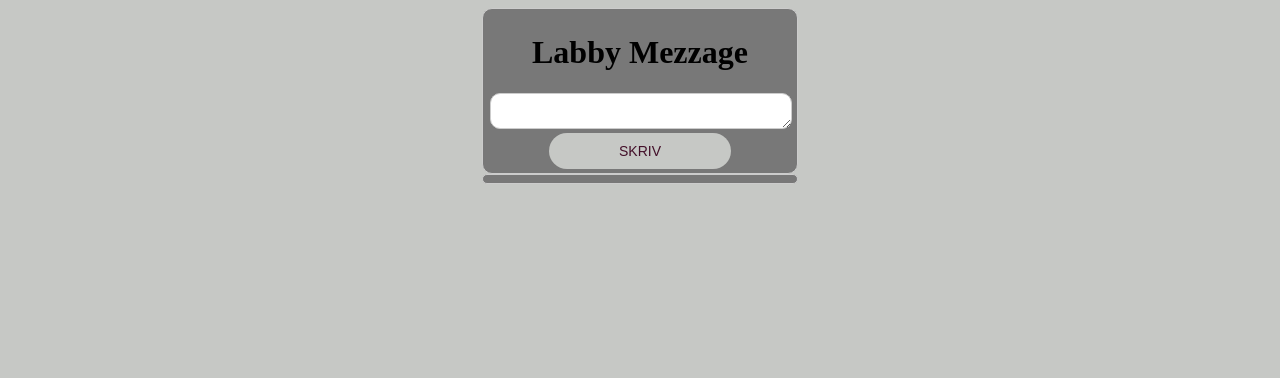
Repository: Angamanga/1dv403-laborationer
Page: 2-labbymezzage/index.html
The author's editor kept a record of every edit. The page is drawn from the files as they stood at one moment, then again after the next edit.
The browser window is 1280 px wide. The pictures show the whole page.
Some web fonts or font styles are not loaded; a fallback is used.

Above is the page before.

After the next edit:
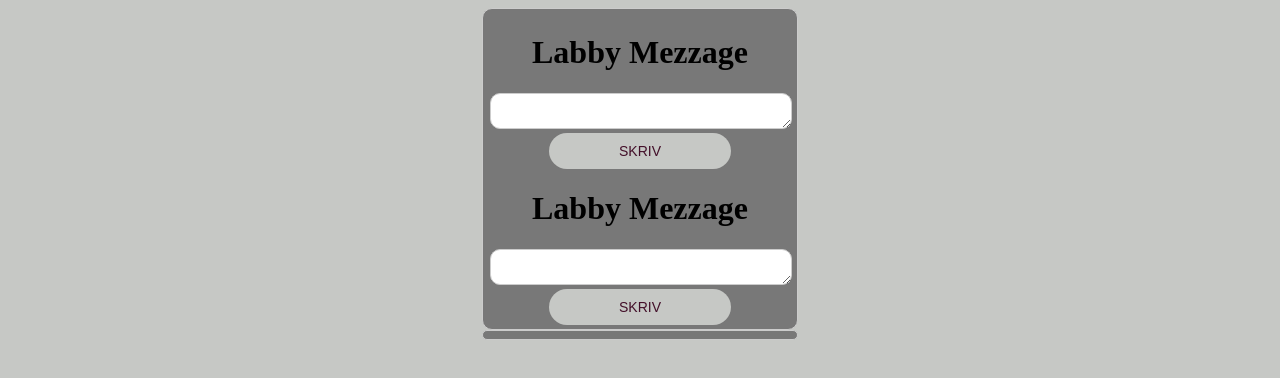
The edit:
--- a/2-labbymezzage/js/script.js
+++ b/2-labbymezzage/js/script.js
@@ -4,6 +4,8 @@
     var board1 = new MessageBoard("board1");
 
     board1.init();
+     var board2 = new MessageBoard("board2");
 
+    board1.init();
 
 };
